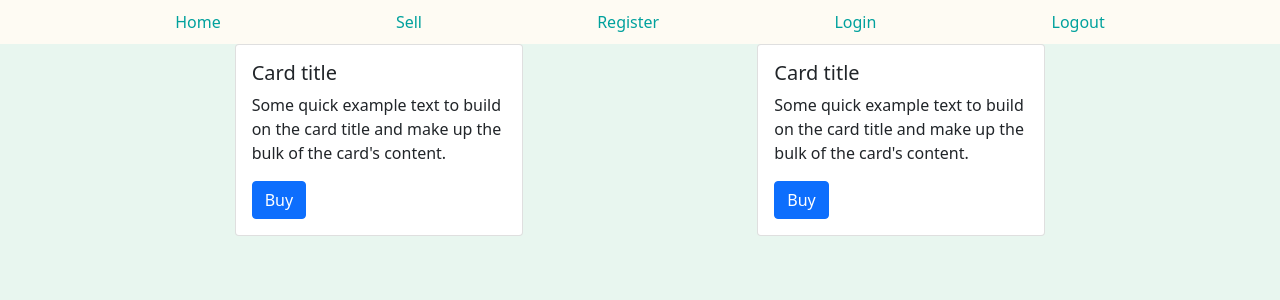
Repository: RiteshK555/itw-project
Page: http://localhost/
The author's editor kept a copy of each file at every save. The page is drawn from the files as they stood at one save, then again after the next save.
The browser window is 1280 px wide. The pictures show the whole page.
The page is served by the project's application, run on Django 3.2 (student_olx/manage.py).

Above is the page before, as saved 2021-09-19 12:46:14.

After the next save:
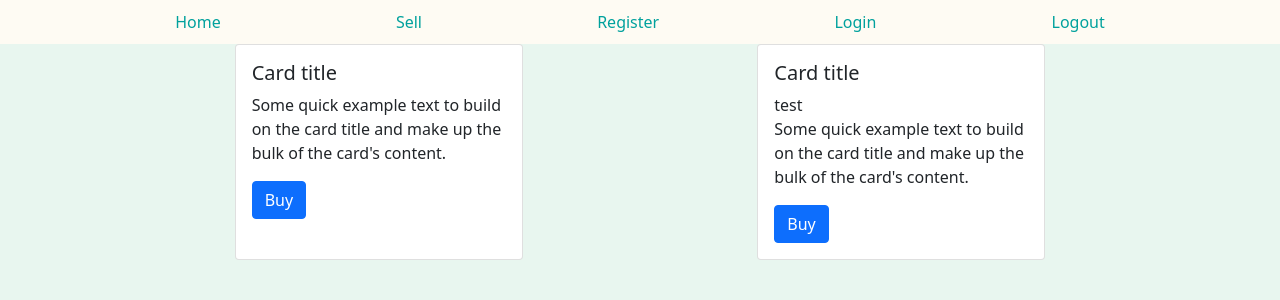
Saved 53 s later.
--- a/student_olx/main/templates/main/home.html
+++ b/student_olx/main/templates/main/home.html
@@ -20,6 +20,7 @@
   {% comment %} <img src="..." class="card-img-top" alt="..."> {% endcomment %}
   <div class="card-body">
     <h5 class="card-title">Card title</h5>
+    {{name}}
     <p class="card-text">Some quick example text to build on the card title and make up the bulk of the card's content.</p>
     <a href="#" class="btn btn-primary">Buy</a>
   </div>

After the 2 saves that followed:
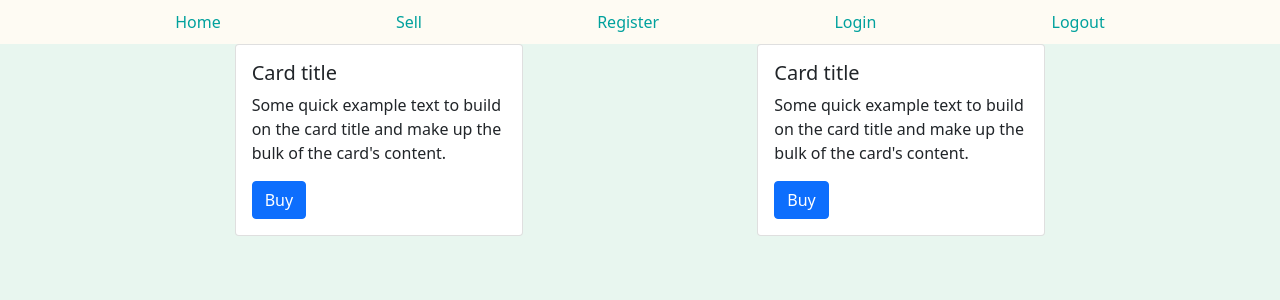
The 2 saves are shown as one change because they came seconds apart.
The last was saved 24 s later.
--- a/student_olx/main/templates/main/home.html
+++ b/student_olx/main/templates/main/home.html
@@ -20,7 +20,6 @@
   {% comment %} <img src="..." class="card-img-top" alt="..."> {% endcomment %}
   <div class="card-body">
     <h5 class="card-title">Card title</h5>
-    {{name}}
     <p class="card-text">Some quick example text to build on the card title and make up the bulk of the card's content.</p>
     <a href="#" class="btn btn-primary">Buy</a>
   </div>
